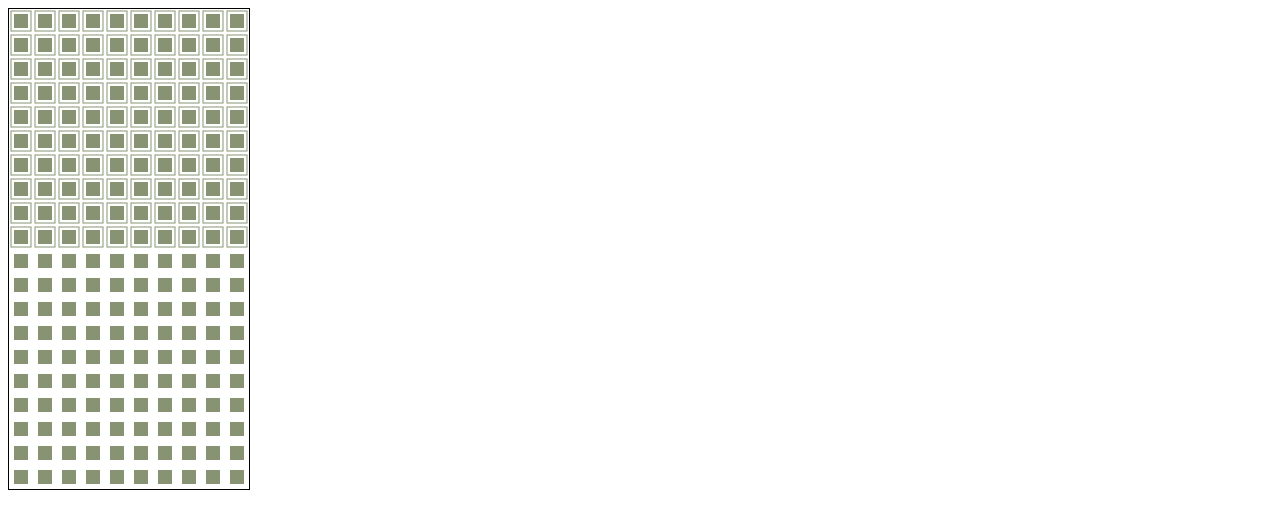
Repository: yzarc204/tetris-web
Page: index.html
These files come from the project's save history. The page is drawn as it stood at one moment and after the next save; the edit follows.
The browser window is 1280 px wide. The pictures show the whole page.

Above is the page before, as saved 2021-09-20 18:54:50.

After the next save:
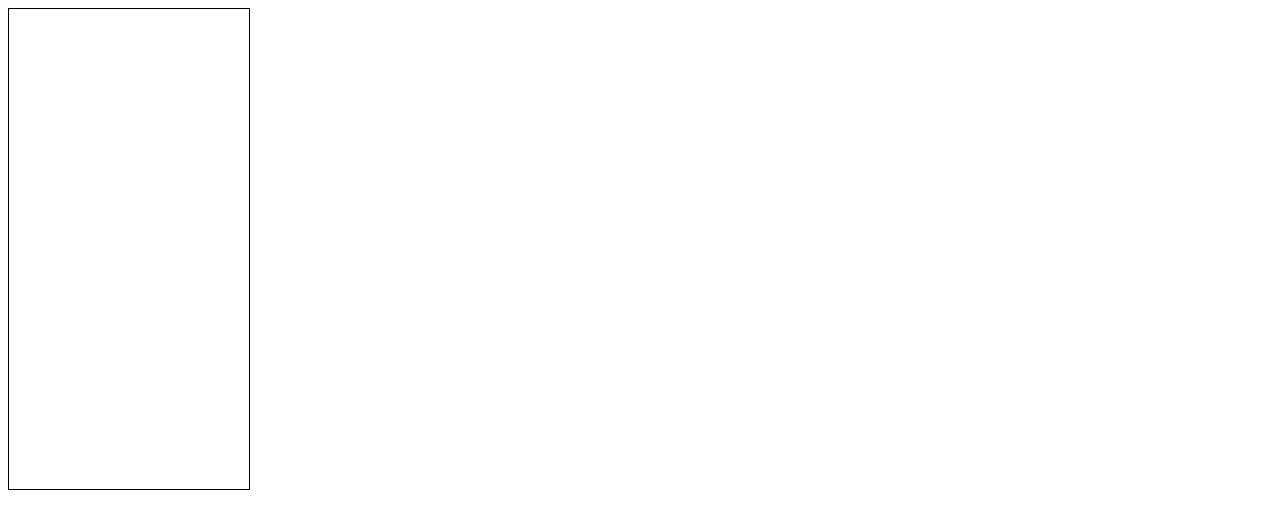
Console error (its wording comes from the project's code and is left out).
Saved 9 s later.
--- a/js/pixel.js
+++ b/js/pixel.js
@@ -16,7 +16,7 @@
         this.tetris.ctx.strokeStyle = this.color;
         this.tetris.ctx.lineWidth = 1;
         // Draw outline
-        this.tetris.ctx.strokeRect(x+2, y+2, this.size-4, this.size-4);
+        this.tetris.ctx.strokeRect(y+2, this.size-4, this.size-4);
         // Draw area
         this.tetris.ctx.fillRect(y+5, x+5, this.size-10, this.size-10, this.color);
     }

After the 3 saves that followed:
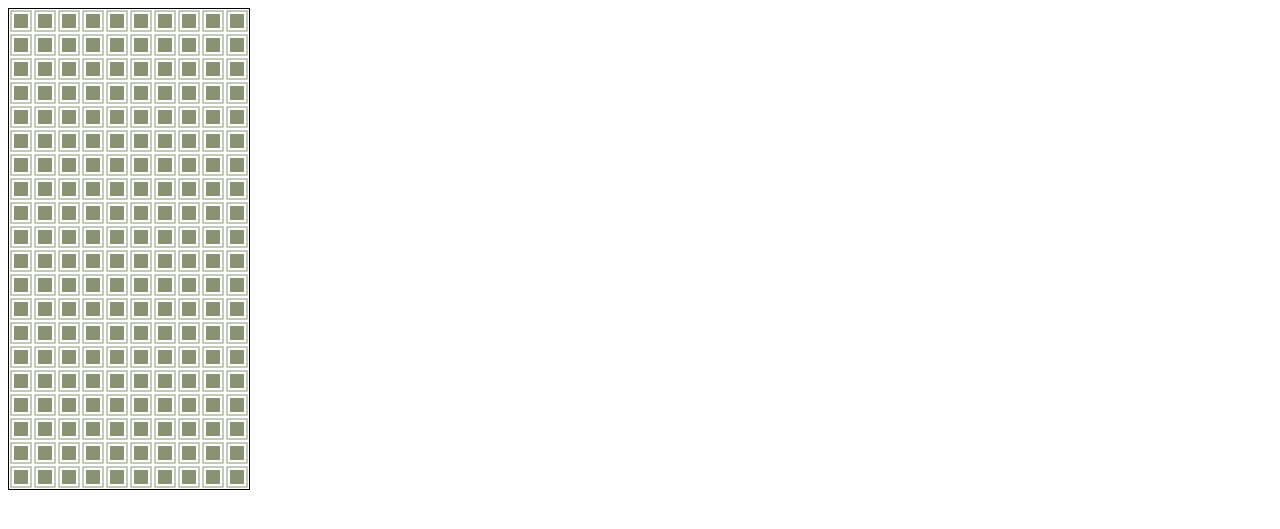
The error is gone.
The 3 saves are shown as one change because they came seconds apart.
The last was saved 10 s later.
--- a/js/pixel.js
+++ b/js/pixel.js
@@ -16,7 +16,7 @@
         this.tetris.ctx.strokeStyle = this.color;
         this.tetris.ctx.lineWidth = 1;
         // Draw outline
-        this.tetris.ctx.strokeRect(y+2, this.size-4, this.size-4);
+        this.tetris.ctx.strokeRect(y+2, x+2, this.size-4, this.size-4);
         // Draw area
         this.tetris.ctx.fillRect(y+5, x+5, this.size-10, this.size-10, this.color);
     }
